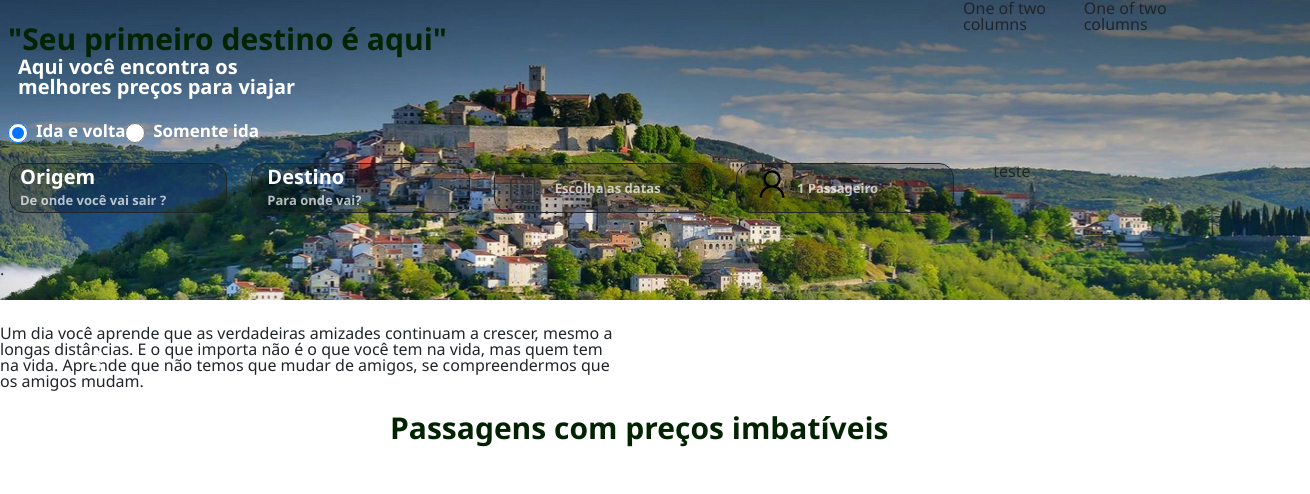
Repository: VictorFlay/Aplicacao-WEB
Page: http://localhost/ProjetoWeb/
The author's editor kept a copy of each file at every save. The page is drawn from the files as they stood at one save, then again after a run of saves.
The browser window is 1280 px wide. The page is 1310 px wide, so the pictures cover 1310 px, including what lies to the right of the window. The pictures show the whole page.
Some web libraries are served in a nearby version. The page is served by Tomcat 9. Queries for data that is not in the repository find no rows.

Above is the page before, as saved 2021-07-11 19:38:35.

After the next 2 saves:
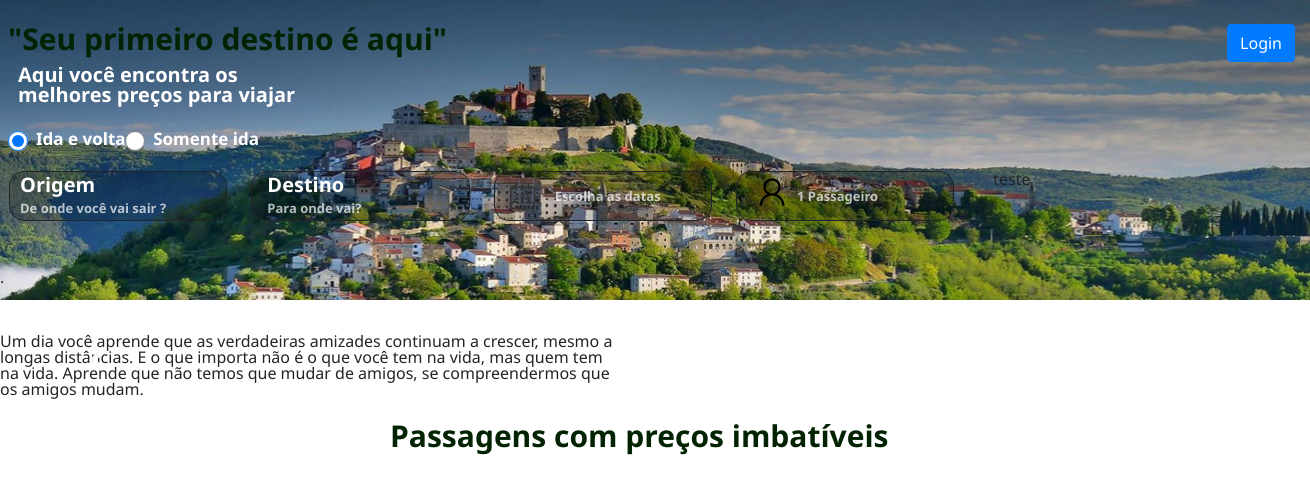
The 2 saves are shown as one change because they came seconds apart.
The last was saved 41 s later.
--- a/ProjetoWeb/WebContent/index.jsp
+++ b/ProjetoWeb/WebContent/index.jsp
@@ -46,14 +46,47 @@
         </div>
 
 
- <div class="row">
-    <div class="col-4">
-      One of two columns
-    </div>
-    <div class="col-4">
-      One of two columns
-    </div>
-  </div>
+        <div class="row">
+        <div class="col-4 col-lg-1 mt-4 ml-2">
+        				<button type="button" class="btn btn-primary" data-toggle="modal" data-target="#exampleModal" data-whatever="@mdo">Login</button>
+
+				<div class="modal fade" id="exampleModal" tabindex="-1" role="dialog" aria-labelledby="exampleModalLabel" aria-hidden="true">
+				  <div class="modal-dialog" role="document">
+				    <div class="modal-content">
+				      <div class="modal-header">
+				        <h5 class="modal-title" id="exampleModalLabel">Login</h5>
+				        <button type="button" class="close" data-dismiss="modal" aria-label="Close">
+				          <span aria-hidden="true">&times;</span>
+				        </button>
+				      </div>
+				      <div class="modal-body">
+				        <form method="POST" id="login-form">
+				          <div class="form-group">
+				            <label for="login" class="col-form-label">Login:</label>
+				            <input type="text" class="form-control" id="login" name="login">
+				          </div>
+
+				          <div class="form-group">
+
+							<label for="senha" class="col-form-label">Senha:</label>
+				            <input type="password" class="form-control" id="senha" name="senha">
+
+				          </div>
+
+
+
+
+				      <div class="modal-footer">
+				        <button type="button" class="btn btn-secondary" data-dismiss="modal">Close</button>
+				        <button type="submit" class="btn btn-primary">Send message</button>
+				      </div>
+				      </form>
+				      </div>
+				    </div>
+				  </div>
+				</div>
+
+        </div>
 
 
 
